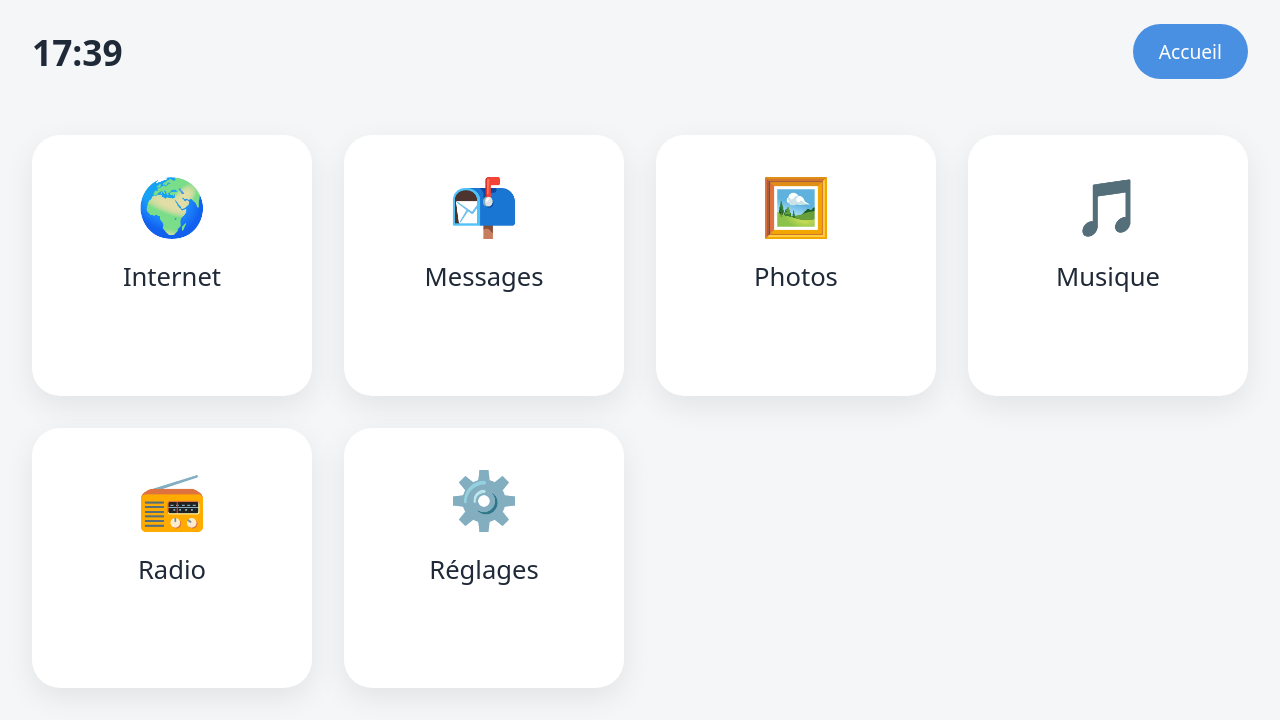
Repository: nlagardere/OpenHand
Page: index.html
An editor plug-in stored every save of this project. The page is shown before and after the next save, followed by the edit.
The browser window is 1280 px wide. The pictures show the whole page.

Above is the page before, as saved 2026-01-28 17:53:54.

### index.html
<!DOCTYPE html>
<html lang="fr">
<head>
<meta charset="UTF-8">
<meta name="viewport" content="width=device-width, initial-scale=1.0">
<title>OpenHand</title>
<link rel="stylesheet" href="css/style.css">
</head>

<body>

<header>
  <div id="clock">--:--</div>
  <button id="homeBtn">Accueil</button>
</header>

<main id="menu"></main>

<section id="appView"></section>

<script src="js/app-manager.js"></script>
</body>
</html>

### css/style.css
:root {
  --bg: #f4f6f8;
  --card: #ffffff;
  --accent: #4a90e2;
  --text: #1f2937;
  --radius: 28px;
}

* {
  box-sizing: border-box;
  font-family: "Quicksand", system-ui, sans-serif;
}

body {
  margin: 0;
  background: var(--bg);
  color: var(--text);
  height: 100vh;
  display: flex;
  flex-direction: column;
}

header {
  padding: 24px 32px;
  display: flex;
  justify-content: space-between;
  align-items: center;
}

#clock {
  font-size: 2.2rem;
  font-weight: 600;
}

#homeBtn {
  background: var(--accent);
  color: white;
  border: none;
  border-radius: 999px;
  padding: 14px 26px;
  font-size: 1.2rem;
  cursor: pointer;
}

#menu {
  flex: 1;
  padding: 32px;
  display: grid;
  grid-template-columns: repeat(auto-fit, minmax(260px, 1fr));
  gap: 32px;
}

.card {
  background: var(--card);
  border-radius: var(--radius);
  padding: 32px;
  text-align: center;
  font-size: 1.6rem;
  cursor: pointer;
  box-shadow: 0 10px 30px rgba(0,0,0,0.08);
  transition: transform 0.2s ease;
}

.card:hover {
  transform: scale(1.04);
}

.icon {
  font-size: 3.5rem;
  margin-bottom: 16px;
}

#appView {
  display: none;
  flex: 1;
}

### js/app-manager.js
const menu = document.getElementById("menu");
const appView = document.getElementById("appView");
const homeBtn = document.getElementById("homeBtn");

/* Horloge */
function updateClock() {
  const now = new Date();
  document.getElementById("clock").textContent =
    now.toLocaleTimeString("fr-FR", { hour: "2-digit", minute: "2-digit" });
}
setInterval(updateClock, 1000);
updateClock();

/* Charger les apps */
fetch("apps.json")
  .then(res => res.json())
  .then(apps => {
    apps.forEach(app => {
      const card = document.createElement("div");
      card.className = "card";
      card.innerHTML = `
        <div class="icon">${app.icon}</div>
        ${app.name}
      `;
      card.onclick = () => openApp(app.entry);
      menu.appendChild(card);
    });
  });

/* Ouvrir une app */
function openApp(url) {
  menu.style.display = "none";
  appView.style.display = "block";

  appView.innerHTML = `
    <iframe src="${url}" style="width:100%;height:100%;border:none;"></iframe>
  `;
}

/* Retour accueil */
homeBtn.onclick = () => {
  appView.style.display = "none";
  menu.style.display = "grid";
  appView.innerHTML = "";
};

### apps.json
[
  {
    "name": "Internet",
    "icon": "🌍",
    "category": "Communication",
    "entry": "apps/internet/index.html"
  },
  {
    "name": "Messages",
    "icon": "📬",
    "category": "Communication",
    "entry": "apps/messages/index.html"
  },
  {
    "name": "Photos",
    "icon": "🖼️",
    "category": "Souvenirs",
    "entry": "apps/photos/index.html"
  },
  {
    "name": "Musique",
    "icon": "🎵",
    "category": "Divertissement",
    "entry": "apps/musique/index.html"
  },
  {
    "name": "Radio",
    "icon": "📻",
    "category": "Divertissement",
    "entry": "apps/radio/index.html"
  },
  {
    "name": "Réglages",
    "icon": "⚙️",
    "category": "Système",
    "entry": "apps/settings/index.html"
  }
]

After the next save:
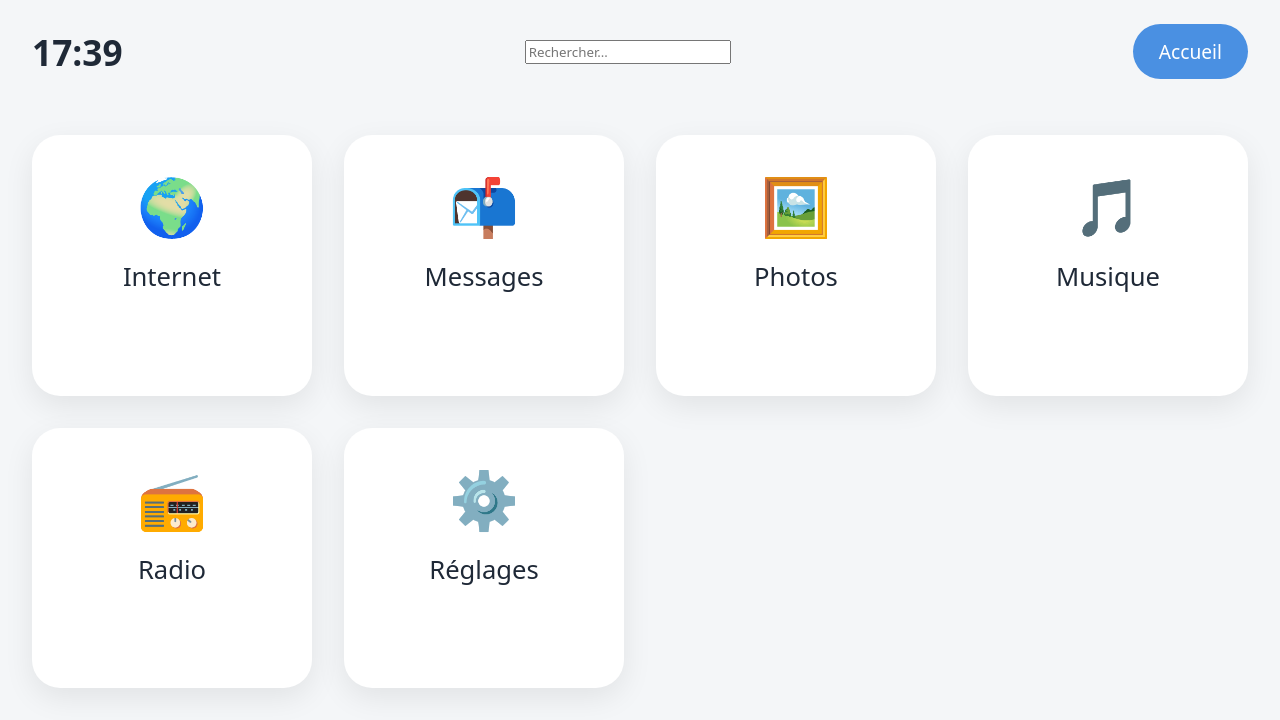
Saved 14 s later.
--- a/index.html
+++ b/index.html
@@ -11,12 +11,13 @@
 
 <header>
   <div id="clock">--:--</div>
+  <input id="search" placeholder="Rechercher…" />
   <button id="homeBtn">Accueil</button>
 </header>
 
 <main id="menu"></main>
+<section id="appView"></section>
 
-<section id="appView"></section>
 
 <script src="js/app-manager.js"></script>
 </body>
